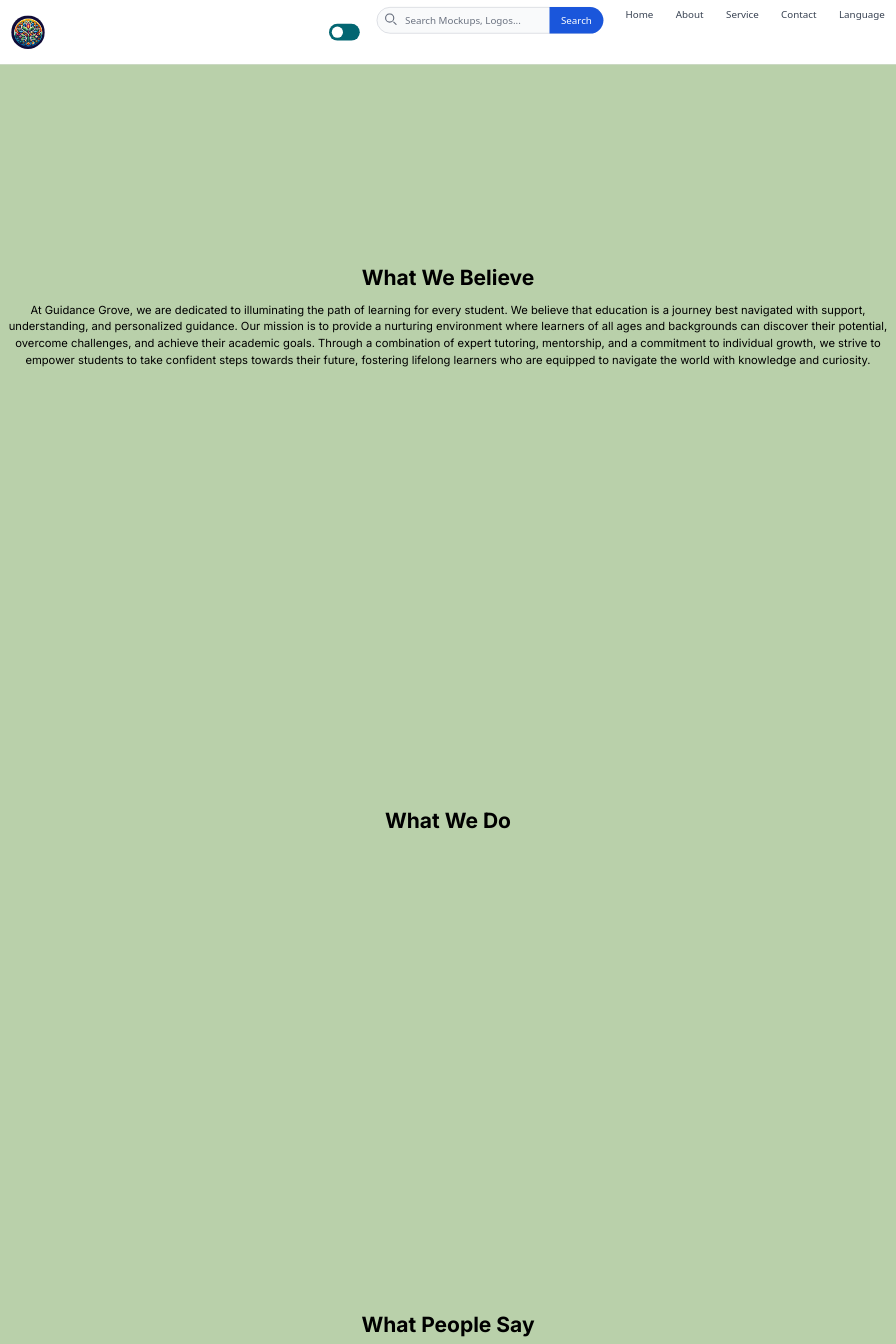
Repository: PositiveGuy/GuidanceGrove
Page: /
These files come from the project's save history. The page is drawn as it stood at one moment and after the next save; the edit follows.
The browser window is 1280 px wide. The pictures show the part of the page from y = 0 to 1920 px (the page is 3966 px tall before and 4004 px after), at 70% of full size.
The project was rebuilt for these pictures with package versions that can differ from the ones it lists, and the page was loaded fresh each time. The framework's server and built-in components were replaced by stand-ins that run in the browser. Also part of the build but not shown: next.config.js.

Above is the page before, as saved 2023-12-28 16:19:02.

After the next save:
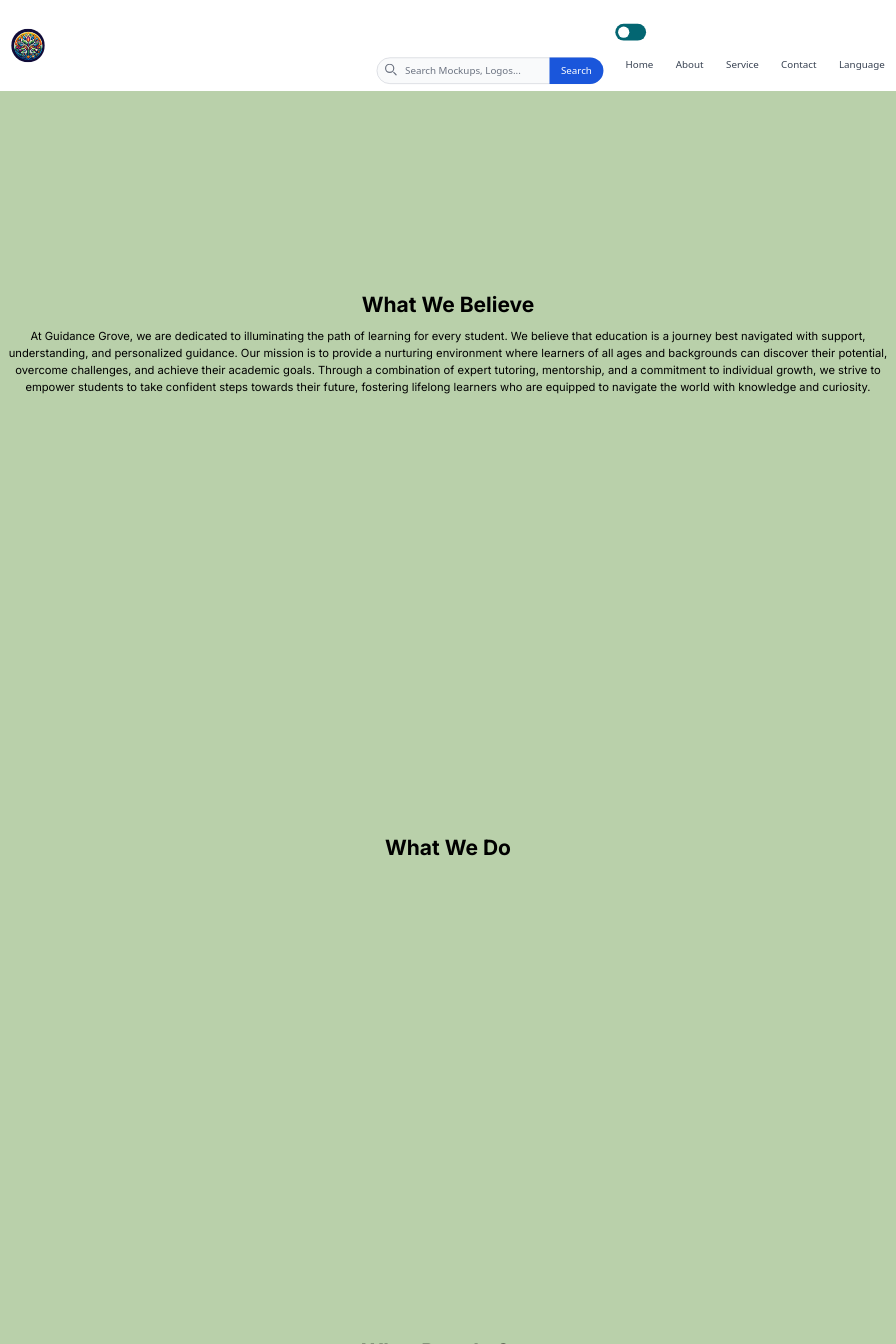
Saved 24 s later.
--- a/src/components/header.tsx
+++ b/src/components/header.tsx
@@ -17,7 +17,7 @@ const Header = () => {
 
         </div>
 
-        <div className='flex'>
+        <div className=' '>
 
           <ThemeToggle />
           <Navbar.Toggle className="" />
